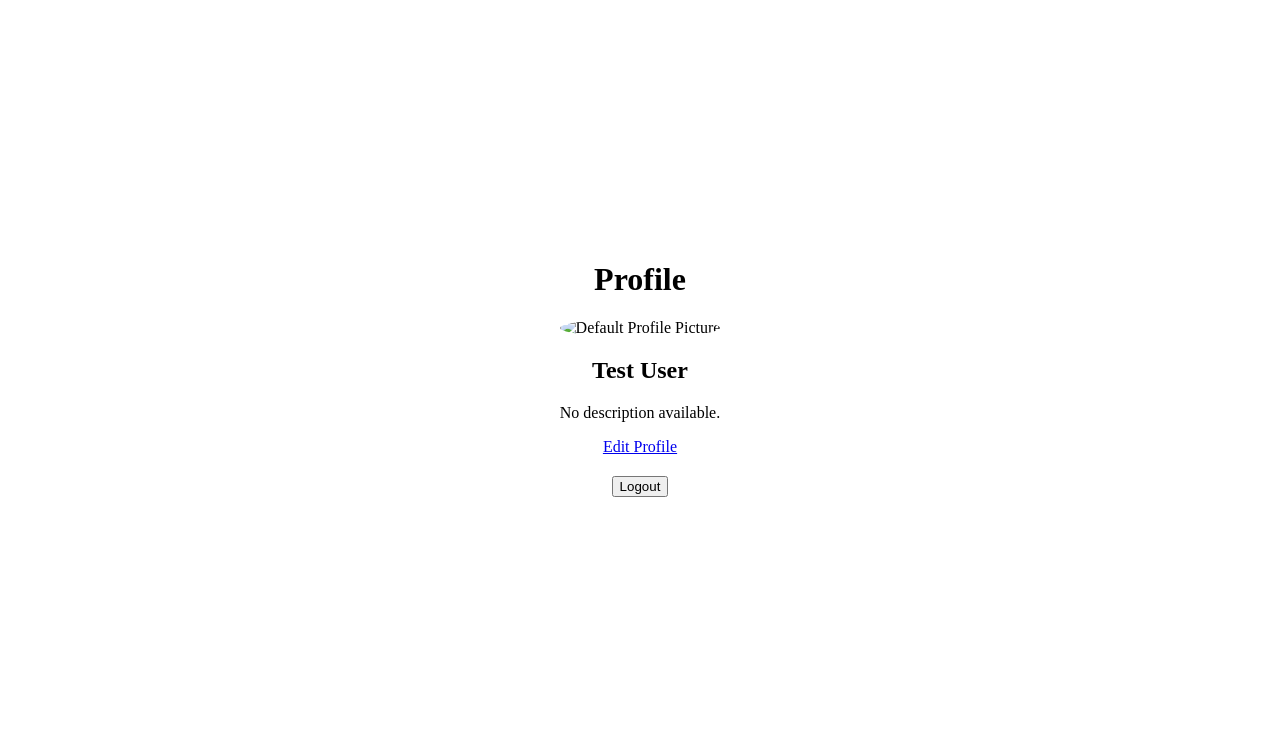
Repository: daffa-alif/team-kobar
Page: http://localhost/welcome
An editor plug-in stored every save of this project. The page is shown before and after the next save, followed by the edit.
The browser window is 1280 px wide. The pictures show the whole page.
The page is served by the project's Laravel application, run on PHP 8.4 with Laravel 12. A made-up administrator, Test User (test@example.com), is signed in. Other server files are loaded and not shown.

Above is the page before, as saved 2024-11-07 10:26:12.

### routes/web.php
<?php
use Illuminate\Support\Facades\Route;
use Illuminate\Http\Request;
use Illuminate\Support\Facades\Auth;
use Illuminate\Validation\ValidationException;
use App\Http\Controllers\AuthController;
use App\Http\Controllers\JournalController;


// Root route: Redirects to login if not authenticated, otherwise goes to welcome
Route::get('/', function () {
    return Auth::check() ? redirect('/welcome') : redirect()->route('login');
});

// Show the login form
Route::get('/login', [AuthController::class, 'showLoginForm'])->name('login');

// Handle the login process
Route::post('/login', [AuthController::class, 'login']);

// Show the registration form
Route::get('/register', [AuthController::class, 'showRegistrationForm'])->name('register');

// Handle the registration process
Route::post('/register', [AuthController::class, 'register']);

// Handle the logout process
Route::post('/logout', [AuthController::class, 'logout'])->name('logout');

// Protected route for welcome page, requires authentication
Route::get('/welcome', function () {
    return view('welcome');
})->middleware('auth');

// Show the profile edit form
Route::get('/profile/edit', function () {
    return view('auth.edit'); // Ensure you have a view named 'auth.edit'
})->middleware('auth')->name('profile.edit');

// Handle the profile update process
Route::put('/profile/update', [AuthController::class, 'update'])->middleware('auth')->name('profile.update');

// Journal routes (protected by authentication)
Route::get('/journal/index', [JournalController::class, 'index'])->middleware('auth')->name('journal.index');
Route::get('/journal/create', [JournalController::class, 'create'])->middleware('auth')->name('journal.create');
Route::post('/journal/store', [JournalController::class, 'store'])->middleware('auth')->name('journal.store');
Route::get('/journal/{id}', [JournalController::class, 'show'])->name('journal.show');
Route::delete('/journal/{id}', [JournalController::class, 'destroy'])->name('journal.destroy');

### resources/views/welcome.blade.php
<!DOCTYPE html>
<html>
<head>
    <title>Profile</title>
</head>
<body>
    <div style="display: flex; justify-content: center; align-items: center; height: 100vh;">
        <div style="text-align: center;">
            <h1>Profile</h1>
            <div class="profile-section">
                @if(Auth::user()->profile_picture)
                    <img src="{{ asset('storage/' . Auth::user()->profile_picture) }}" alt="Profile Picture" style="width: 100px; height: 100px; border-radius: 50%;">
                @else
                    <img src="{{ asset('images/default-profile.png') }}" alt="Default Profile Picture" style="width: 100px; height: 100px; border-radius: 50%;">
                @endif

                <h2>{{ Auth::user()->name }}</h2>

                <p>
                    {{ Auth::user()->description ? Auth::user()->description : 'No description available.' }}
                </p>

                <div>
                    <a href="{{ route('profile.edit') }}">Edit Profile</a>
                </div>

                <form action="{{ route('logout') }}" method="POST" style="margin-top: 20px;">
                    @csrf
                    <button type="submit">Logout</button>
                </form>
            </div>
        </div>
    </div>
</body>
</html>

### resources/views/layouts/app.blade.php
<!DOCTYPE html>
<html lang="en">
<head>
    <title>Diary Journal</title>
    <link rel="stylesheet" href="{{ asset('assets/css/styles.css') }}">
    <link href="https://cdn.jsdelivr.net/npm/bootstrap@5.3.0/dist/css/bootstrap.min.css" rel="stylesheet">
</head>
<body>
    <ul>
        <li><a href="{{route('journal.index')}}">Beranda</a></li>
        <li><a href="#">Albums</a></li>
        <li><a href="{{route('journal.create')}}">Unggah</a></li>
        <li><a href="#">data diri</a></li>
        </ul>
    @yield('content')
</body>
</html>

### public/assets/css/styles.css
table {
    border-collapse: collapse;
    margin: 20px auto;
    width: 60%;
}

th, td {
    border: 1px solid #ddd;
    padding: 8px;
}

th {
    background-color: #f2f2f2;
}

.container {
    max-width: 800px;
}

.card {
    border: none;
    border-radius: 8px;
}

.card-body {
    padding: 2rem;
}

.card-title {
    font-weight: bold;
    color: #333;
}

.text-muted {
    font-size: 14px;
}

.card-text {
    font-size: 18px;
    line-height: 1.8;
    color: #555;
}

.btn-secondary {
    background-color: #6c757d;
    border-color: #6c757d;
    padding: 10px 20px;
    font-size: 16px;
    font-weight: 500;
}

Loaded but not shown: app/Models/User.php (common file)

After the next save:
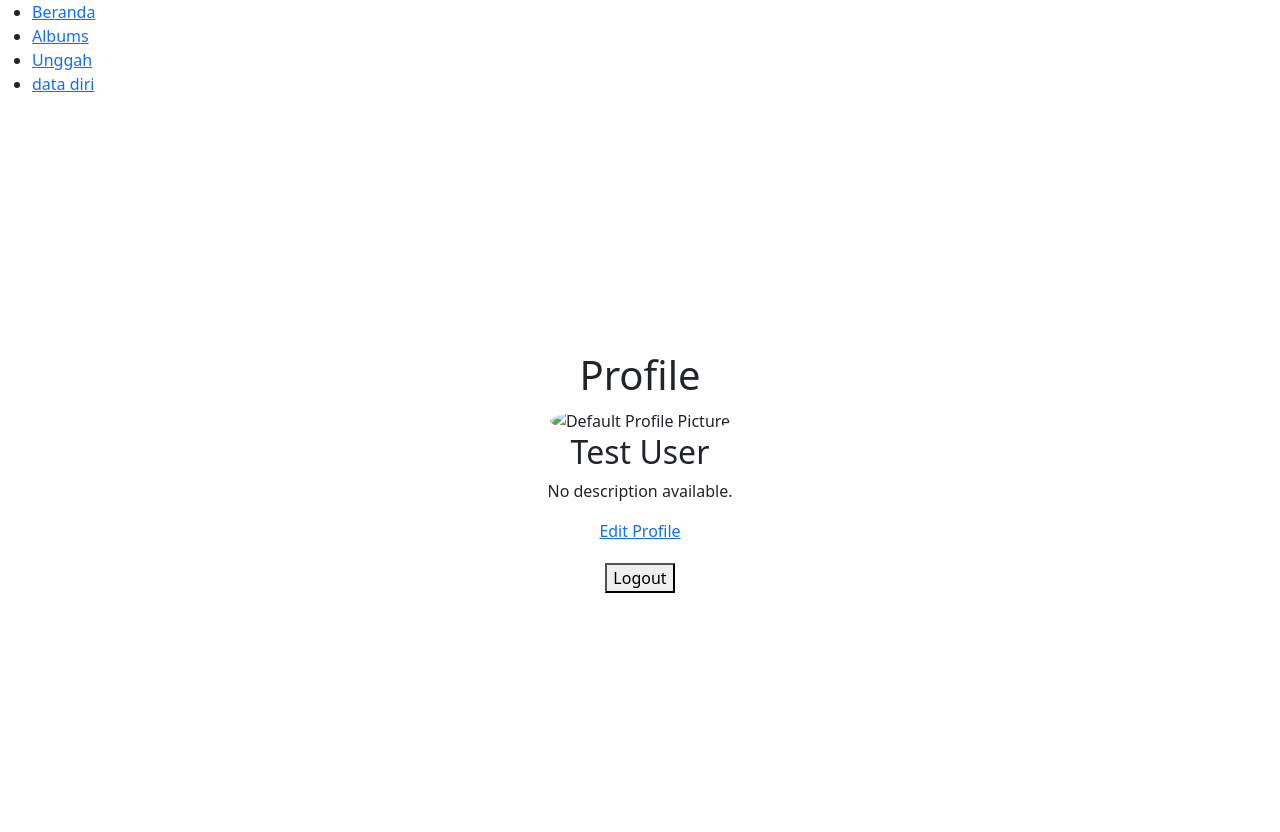
Saved 1 s later.
--- a/resources/views/welcome.blade.php
+++ b/resources/views/welcome.blade.php
@@ -1,9 +1,6 @@
-<!DOCTYPE html>
-<html>
-<head>
-    <title>Profile</title>
-</head>
-<body>
+@extends('layouts.app')
+
+@section('content')
     <div style="display: flex; justify-content: center; align-items: center; height: 100vh;">
         <div style="text-align: center;">
             <h1>Profile</h1>
@@ -31,5 +28,4 @@
             </div>
         </div>
     </div>
-</body>
-</html>
+@endsection
